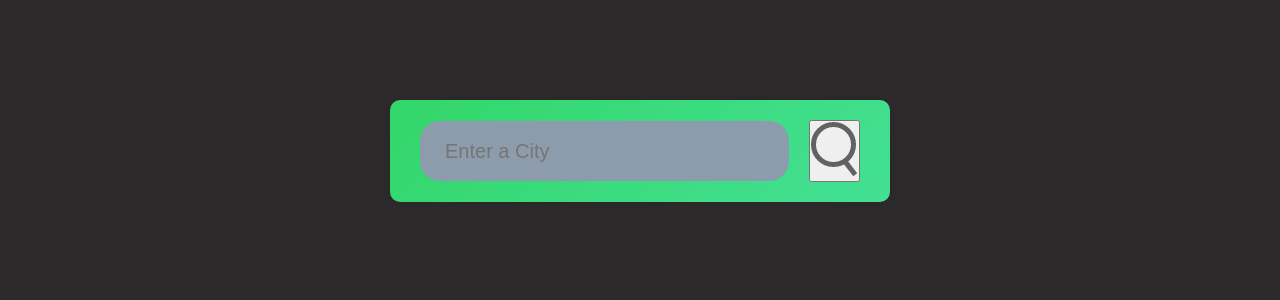
Repository: Haakim19/weatherApp
Page: index.html
These files come from the project's save history. The page is drawn as it stood at one moment and after the next save; the edit follows.
The browser window is 1280 px wide. The pictures show the whole page.

Above is the page before, as saved 2024-11-16 21:06:19.

After the next save:
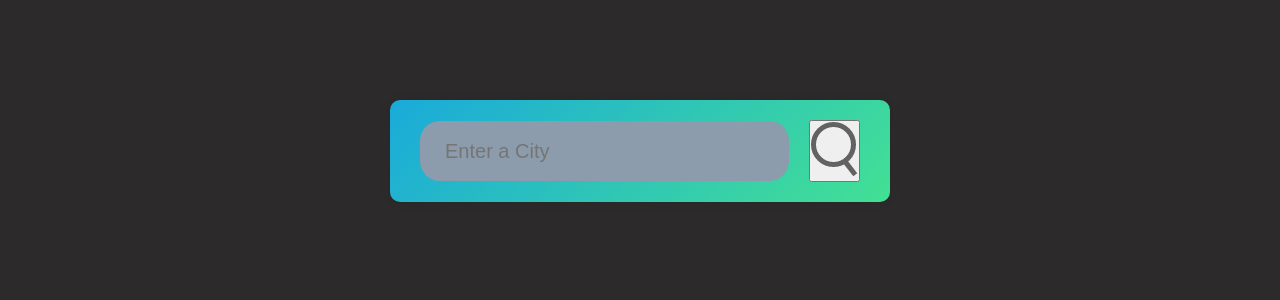
Saved 12 s later.
--- a/style.css
+++ b/style.css
@@ -12,7 +12,7 @@ body{
     width: 90%;
     max-width: 500px;
     color: #fff;
-    background:linear-gradient(135deg, #33d669 0%, #43e094 100%);
+    background:linear-gradient(135deg, #1aaada 0%, #43e094 100%);
     margin: 100px auto 0 ;
     border-radius: 10px;
     padding: 20px 30px;
